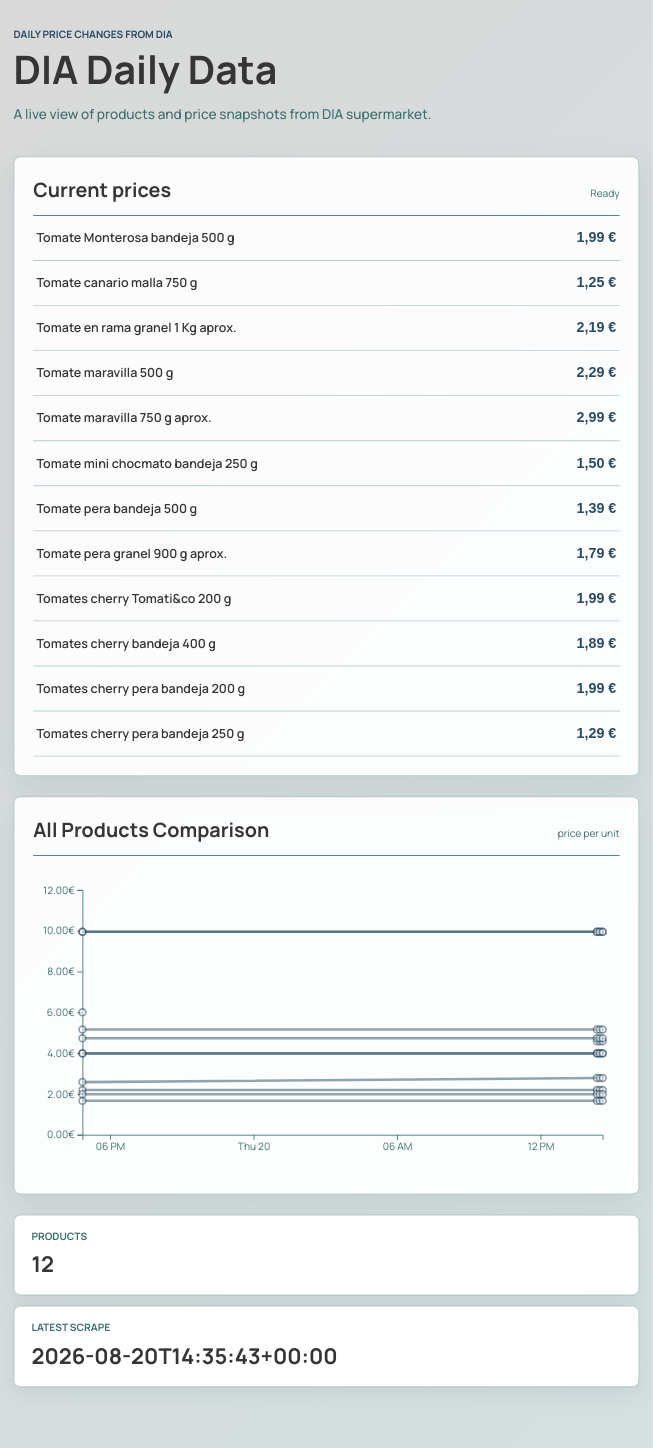
Repository: lloop/dia-daily-data
Page: http://localhost/
An editor plug-in stored every save of this project. The page is shown before and after the next save, followed by the edit.
The browser window is 768 px wide. The pictures show the whole page, at 85% of full size.
The page is served by the project's application, run on Flask 3 (app.py). Other server files are loaded and not shown. The page reads the database file committed with the project.

Above is the page before, as saved 2026-08-20 17:29:44.

### templates/index.html
<!doctype html>
<html lang="en">
<head>
  <meta charset="utf-8">
  <meta name="viewport" content="width=device-width, initial-scale=1">
  <title>Daily Price Changes From DIA</title>
  <link rel="stylesheet" href="{{ url_for('static', filename='styles.css') }}">
</head>
<body>
  <main class="dashboard">
    <header class="dashboard__header">
      <p class="eyebrow">Daily Price Changes From DIA</p>
      <h1>DIA Daily Data</h1>
      <p class="lede">A live view of products and price snapshots from DIA supermarket.</p>
    </header>

    <section class="content-grid">
      <div class="panel">
        <div class="panel__heading">
          <h2>Current prices</h2>
          <span id="status">Loading...</span>
        </div>
        <div id="product-list" class="product-list"></div>
      </div>

      <div class="panel panel--chart">
        <div class="panel__heading">
          <h2 id="chart-title">Price history</h2>
          <span id="chart-unit"></span>
        </div>
        <svg id="price-chart" role="img" aria-label="Selected product price history"></svg>
        <p id="empty-chart" class="empty-state">Select a product to inspect its price history.</p>
      </div>
    </section>

    <section class="summary" aria-label="Database summary">
      <div><span class="summary__label">Products</span><strong id="product-count">-</strong></div>
      <div><span class="summary__label">Latest scrape</span><strong id="latest-scrape">-</strong></div>
    </section>

  </main>

  <script src="https://cdn.jsdelivr.net/npm/d3@7"></script>
  <script src="{{ url_for('static', filename='app.js') }}"></script>
</body>
</html>

### app.py
"""Flask server for exploring scraped DIA product and price data."""

import json
import sqlite3
from pathlib import Path

from flask import Flask, jsonify, render_template

from config import DATABASE_FILE


def create_app(database_path=None):
    """Create the Flask application, optionally using a test database."""
    app = Flask(__name__)
    app.config['DATABASE_FILE'] = Path(database_path or DATABASE_FILE)

    def query_database(query, parameters=()):
        database_file = app.config['DATABASE_FILE']
        if not database_file.exists():
            return []

        with sqlite3.connect(database_file) as connection:
            connection.row_factory = sqlite3.Row
            return [dict(row) for row in connection.execute(query, parameters)]

    @app.get('/')
    def index():
        return render_template('index.html')

    @app.get('/api/products')
    def products():
        rows = query_database(
            """
            SELECT
                products.id,
                products.name,
                products.item_type,
                products.metadata_json,
                latest.price,
                latest.currency,
                latest.raw_price_per_unit,
                latest.unit_price_eur,
                latest.availability,
                latest.scraped_at
            FROM products
            LEFT JOIN price_logs AS latest
                ON latest.id = (
                    SELECT price_logs.id
                    FROM price_logs
                    WHERE price_logs.product_id = products.id
                    ORDER BY price_logs.scraped_at DESC, price_logs.id DESC
                    LIMIT 1
                )
            ORDER BY products.name
            """
        )

        for row in rows:
            row['metadata'] = json.loads(row.pop('metadata_json') or '{}')

        return jsonify(rows)

    @app.get('/api/products/<int:product_id>/price-history')
    def price_history(product_id):
        rows = query_database(
            """
            SELECT price, currency, raw_price_per_unit, unit_price_eur,
                   availability, scraped_at
            FROM price_logs
            WHERE product_id = ?
            ORDER BY scraped_at, id
            """,
            (product_id,),
        )
        return jsonify(rows)

    return app


app = create_app()


if __name__ == '__main__':
    app.run(debug=True)

### static/styles.css
@import url('https://fonts.googleapis.com/css2?family=Manrope:wght@400;500;600;700&display=swap');

:root {
  color-scheme: light;
  --font-sans: 'Manrope', 'Helvetica Neue', Arial, sans-serif;
  --graphite: #353535;
  --stormy-teal: #3c6e71;
  --white: #ffffff;
  --alabaster-grey: #d9d9d9;
  --yale-blue: #284b63;
  --ink: var(--graphite);
  --muted: var(--stormy-teal);
  --paper: var(--alabaster-grey);
  --panel: var(--white);
  --line: var(--stormy-teal);
  --accent: var(--yale-blue);
  --accent-soft: rgba(60, 110, 113, 0.16);
}

* { box-sizing: border-box; }
body { margin: 0; background: linear-gradient(135deg, var(--alabaster-grey), rgba(60, 110, 113, 0.22)); color: var(--ink); font-family: var(--font-sans);}
.dashboard { max-width: 1280px; margin: 0 auto; padding: 56px 28px 72px; }
.dashboard__header { max-width: 700px; margin-bottom: 36px; }
.eyebrow, .summary__label, #status, #chart-unit { font: 700 0.75rem/1.2 var(--font-sans); letter-spacing: 0; text-transform: uppercase; }
.eyebrow { color: var(--yale-blue); margin: 0 0 12px; }
h1 { font-size: clamp(2.5rem, 6vw, 5.25rem); line-height: 0.95; margin: 0 0 18px; font-weight: 700; letter-spacing: 0; }
.lede { color: var(--muted); font: 500 1rem/1.6 var(--font-sans); margin: 0; }
.summary { display: flex; gap: 12px; margin-bottom: 24px; }
.summary > div { flex: 1; background: var(--panel); border: 1px solid rgba(60, 110, 113, 0.35); border-radius: 8px; padding: 18px 20px; box-shadow: 0 8px 24px rgba(40, 75, 99, 0.08); }
.summary__label { display: block; color: var(--muted); margin-bottom: 8px; }
.summary strong { font-size: 1.6rem; font-weight: 700; }
.content-grid { display: grid; grid-template-columns: minmax(260px, 0.85fr) minmax(420px, 1.5fr); gap: 24px; margin-bottom: 24px;}
.panel { background: rgba(255, 255, 255, 0.92); border: 1px solid rgba(60, 110, 113, 0.35); border-radius: 8px; padding: 22px; min-height: 420px; box-shadow: 0 12px 32px rgba(40, 75, 99, 0.1); }
.panel__heading { display: flex; align-items: baseline; justify-content: space-between; gap: 16px; border-bottom: 1px solid var(--line); padding-bottom: 14px; }
h2 { font-size: 1.45rem; font-weight: 700; margin: 0; }
#status, #chart-unit { color: var(--muted); letter-spacing: 0; text-transform: none; font-weight: 400; }
.product-list { display: grid; }
.product-button { display: flex; justify-content: space-between; gap: 16px; width: 100%; text-align: left; border: 0; border-bottom: 1px solid rgba(60, 110, 113, 0.35); background: transparent; color: inherit; padding: 16px 4px; cursor: pointer; transition: background 160ms ease, padding 160ms ease; }
.product-button:hover, .product-button.is-selected { background: var(--accent-soft); padding-left: 10px; padding-right: 10px; }
.product-name { font: 600 0.92rem/1.35 var(--font-sans); }
.product-price { white-space: nowrap; font-size: 1.05rem; font-weight: 700; color: var(--accent); }
#price-chart { width: 100%; height: 350px; margin-top: 20px; overflow: visible; }
.axis text { fill: var(--muted); font: 12px var(--font-sans); }
.axis path, .axis line { stroke: var(--line); }
.chart-line { fill: none; stroke: var(--accent); stroke-width: 3; }
.chart-dot { fill: var(--panel); stroke: var(--accent); stroke-width: 2; }
.empty-state { color: var(--muted); font: 0.95rem/1.5 var(--font-sans); }
@media (max-width: 800px) { .dashboard { padding: 34px 16px 48px; } .content-grid { grid-template-columns: 1fr; } .summary { flex-direction: column; } .panel--chart { min-height: 360px; } }

### output/dia_products.sqlite3 (the tables this page reads, as SQL)
CREATE TABLE price_logs (
    id INTEGER PRIMARY KEY,
    product_id INTEGER NOT NULL,
    price REAL,
    currency TEXT,
    raw_price_per_unit TEXT,
    unit_price_eur REAL,
    availability TEXT,
    scraped_at DATETIME NOT NULL,
    FOREIGN KEY (product_id) REFERENCES products(id)
);
INSERT INTO "price_logs" VALUES
(1, 1, 1.29, 'EUR', '(2,58 €/KILO)', 2.58, 'https://schema.org/InStock', '2026-08-19T16:50:45+00:00'),
(2, 2, 2.19, 'EUR', '(2,19 €/KILO)', 2.19, 'https://schema.org/InStock', '2026-08-19T16:50:45+00:00'),
(3, 3, 1.99, 'EUR', '(9,95 €/KILO)', 9.95, 'https://schema.org/InStock', '2026-08-19T16:50:45+00:00'),
(4, 4, 1.29, 'EUR', '(5,16 €/KILO)', 5.16, 'https://schema.org/InStock', '2026-08-19T16:50:45+00:00'),
(5, 5, 1.79, 'EUR', '(1,99 €/KILO)', 1.99, 'https://schema.org/InStock', '2026-08-19T16:50:45+00:00'),
(6, 6, 1.89, 'EUR', '(4,73 €/KILO)', 4.73, 'https://schema.org/InStock', '2026-08-19T16:50:45+00:00'),
(7, 7, 1.99, 'EUR', '(3,98 €/KILO)', 3.98, 'https://schema.org/InStock', '2026-08-19T16:50:45+00:00'),
(8, 8, 1.25, 'EUR', '(1,67 €/KILO)', 1.67, 'https://schema.org/InStock', '2026-08-19T16:50:45+00:00'),
(9, 9, 2.99, 'EUR', '(3,99 €/KILO)', 3.99, 'https://schema.org/OutOfStock', '2026-08-19T16:50:45+00:00'),
(10, 10, 1.5, 'EUR', '(6,00 €/KILO)', 6.0, 'https://schema.org/InStock', '2026-08-19T16:50:45+00:00'),
(11, 11, 1.99, 'EUR', '(9,95 €/KILO)', 9.95, 'https://schema.org/InStock', '2026-08-19T16:50:45+00:00'),
(12, 1, 1.39, 'EUR', '(2,78 €/KILO)', 2.78, 'https://schema.org/InStock', '2026-08-20T14:21:22+00:00'),
(13, 2, 2.19, 'EUR', '(2,19 €/KILO)', 2.19, 'https://schema.org/InStock', '2026-08-20T14:21:22+00:00'),
(14, 3, 1.99, 'EUR', '(9,95 €/KILO)', 9.95, 'https://schema.org/InStock', '2026-08-20T14:21:22+00:00'),
(15, 4, 1.29, 'EUR', '(5,16 €/KILO)', 5.16, 'https://schema.org/InStock', '2026-08-20T14:21:22+00:00'),
(16, 5, 1.79, 'EUR', '(1,99 €/KILO)', 1.99, 'https://schema.org/InStock', '2026-08-20T14:21:22+00:00'),
(17, 6, 1.89, 'EUR', '(4,73 €/KILO)', 4.73, 'https://schema.org/InStock', '2026-08-20T14:21:22+00:00'),
(18, 7, 1.99, 'EUR', '(3,98 €/KILO)', 3.98, 'https://schema.org/InStock', '2026-08-20T14:21:22+00:00'),
(19, 8, 1.25, 'EUR', '(1,67 €/KILO)', 1.67, 'https://schema.org/InStock', '2026-08-20T14:21:22+00:00'),
(20, 9, 2.99, 'EUR', '(3,99 €/KILO)', 3.99, 'https://schema.org/OutOfStock', '2026-08-20T14:21:22+00:00'),
(21, 11, 1.99, 'EUR', '(9,95 €/KILO)', 9.95, 'https://schema.org/InStock', '2026-08-20T14:21:22+00:00'),
(22, 12, 2.29, 'EUR', '(4,58 €/KILO)', 4.58, 'https://schema.org/InStock', '2026-08-20T14:21:22+00:00'),
(23, 1, 1.39, 'EUR', '(2,78 €/KILO)', 2.78, 'https://schema.org/InStock', '2026-08-20T14:28:25+00:00'),
(24, 2, 2.19, 'EUR', '(2,19 €/KILO)', 2.19, 'https://schema.org/InStock', '2026-08-20T14:28:25+00:00'),
(25, 3, 1.99, 'EUR', '(9,95 €/KILO)', 9.95, 'https://schema.org/InStock', '2026-08-20T14:28:25+00:00'),
(26, 4, 1.29, 'EUR', '(5,16 €/KILO)', 5.16, 'https://schema.org/InStock', '2026-08-20T14:28:25+00:00'),
(27, 5, 1.79, 'EUR', '(1,99 €/KILO)', 1.99, 'https://schema.org/InStock', '2026-08-20T14:28:25+00:00'),
(28, 6, 1.89, 'EUR', '(4,73 €/KILO)', 4.73, 'https://schema.org/InStock', '2026-08-20T14:28:25+00:00'),
(29, 7, 1.99, 'EUR', '(3,98 €/KILO)', 3.98, 'https://schema.org/InStock', '2026-08-20T14:28:25+00:00'),
(30, 8, 1.25, 'EUR', '(1,67 €/KILO)', 1.67, 'https://schema.org/InStock', '2026-08-20T14:28:25+00:00'),
(31, 9, 2.99, 'EUR', '(3,99 €/KILO)', 3.99, 'https://schema.org/OutOfStock', '2026-08-20T14:28:25+00:00'),
(32, 11, 1.99, 'EUR', '(9,95 €/KILO)', 9.95, 'https://schema.org/InStock', '2026-08-20T14:28:25+00:00'),
(33, 12, 2.29, 'EUR', '(4,58 €/KILO)', 4.58, 'https://schema.org/InStock', '2026-08-20T14:28:25+00:00'),
(34, 1, 1.39, 'EUR', '(2,78 €/KILO)', 2.78, 'https://schema.org/InStock', '2026-08-20T14:35:43+00:00'),
(35, 2, 2.19, 'EUR', '(2,19 €/KILO)', 2.19, 'https://schema.org/InStock', '2026-08-20T14:35:43+00:00'),
(36, 3, 1.99, 'EUR', '(9,95 €/KILO)', 9.95, 'https://schema.org/InStock', '2026-08-20T14:35:43+00:00'),
(37, 4, 1.29, 'EUR', '(5,16 €/KILO)', 5.16, 'https://schema.org/InStock', '2026-08-20T14:35:43+00:00'),
(38, 5, 1.79, 'EUR', '(1,99 €/KILO)', 1.99, 'https://schema.org/InStock', '2026-08-20T14:35:43+00:00'),
(39, 6, 1.89, 'EUR', '(4,73 €/KILO)', 4.73, 'https://schema.org/InStock', '2026-08-20T14:35:43+00:00'),
(40, 7, 1.99, 'EUR', '(3,98 €/KILO)', 3.98, 'https://schema.org/InStock', '2026-08-20T14:35:43+00:00'),
(41, 8, 1.25, 'EUR', '(1,67 €/KILO)', 1.67, 'https://schema.org/InStock', '2026-08-20T14:35:43+00:00'),
(42, 9, 2.99, 'EUR', '(3,99 €/KILO)', 3.99, 'https://schema.org/OutOfStock', '2026-08-20T14:35:43+00:00'),
(43, 11, 1.99, 'EUR', '(9,95 €/KILO)', 9.95, 'https://schema.org/InStock', '2026-08-20T14:35:43+00:00'),
(44, 12, 2.29, 'EUR', '(4,58 €/KILO)', 4.58, 'https://schema.org/InStock', '2026-08-20T14:35:43+00:00');

CREATE TABLE products (
    id INTEGER PRIMARY KEY,
    name TEXT UNIQUE NOT NULL,
    item_type TEXT,
    metadata_json TEXT NOT NULL
);
INSERT INTO "products" VALUES
(1, 'Tomate pera bandeja 500 g', 'Product', '{"type": "Product", "info_labels": ["Calibre: + 57MM-75MM", "Categoria: I", "Variedad: PERA", "Origen: PORTUGAL", "Tipo de producto: Tomates"]}'),
(2, 'Tomate en rama granel 1 Kg aprox.', 'Product', '{"type": "Product", "info_labels": ["Calibre: 57 + MM", "Categoria: I", "Variedad: RAMA", "Origen: VER ENVASE", "Tipo de producto: Tomates"]}'),
(3, 'Tomates cherry Tomati&co 200 g', 'Product', '{"type": "Product", "info_labels": ["Calibre: 18-35MM", "Categoria: I", "Variedad: VITALION", "Origen: ESPAÑA", "Tipo de producto: Tomates"]}'),
(4, 'Tomates cherry pera bandeja 250 g', 'Product', '{"type": "Product", "info_labels": ["Calibre: 17-35 MM", "Categoria: I", "Variedad: CHERRY PERA, ANGELLE", "Origen: ESPAÑA", "Tipo de producto: Tomates"]}'),
(5, 'Tomate pera granel 900 g aprox.', 'Product', '{"type": "Product", "info_labels": ["Calibre: 47-66MM", "Categoria: I", "Variedad: PERA", "Origen: PORTUGAL", "Tipo de producto: Tomates"]}'),
(6, 'Tomates cherry bandeja 400 g', 'Product', '{"type": "Product", "info_labels": ["Calibre: 18 MM - 32 MM", "Categoria: I", "Variedad: CHERRY REDONDO, KARELYA", "Origen: ESPAÑA", "Tipo de producto: Tomates"]}'),
(7, 'Tomate Monterosa bandeja 500 g', 'Product', '{"type": "Product", "info_labels": ["Calibre: +67MM-", "Categoria: I", "Variedad: MONTEROSA", "Origen: VER ENVASE", "Tipo de producto: Tomates"]}'),
(8, 'Tomate canario malla 750 g', 'Product', '{"type": "Product", "info_labels": ["Calibre: 47MM-66MM", "Categoria: I", "Variedad: -", "Origen: PORTUGAL", "Tipo de producto: Tomates"]}'),
(9, 'Tomate maravilla 750 g aprox.', 'Product', '{"type": "Product", "info_labels": ["Calibre: + 67MM", "Categoria: I", "Variedad: MARAVILLA", "Origen: ESPAÑA", "Tipo de producto: Tomates"]}'),
(10, 'Tomate mini chocmato bandeja 250 g', 'Product', '{"type": "Product", "info_labels": ["Calibre: 17-35MM", "Categoria: I", "Variedad: MINI CHOCMATO", "Origen: ESPAÑA", "Tipo de producto: Tomates"]}'),
(11, 'Tomates cherry pera bandeja 200 g', 'Product', '{"type": "Product", "info_labels": ["Calibre: 20-35 MM", "Categoria: I", "Variedad: CHERRY PERA LOBELLO", "Origen: ESPAÑA", "Tipo de producto: Tomates"]}'),
(12, 'Tomate maravilla 500 g', 'Product', '{"type": "Product", "info_labels": ["Calibre: 57 MM", "Categoria: I", "Variedad: MARAVILLA", "Origen: ESPAÑA", "Tipo de producto: Tomates"]}');

Loaded but not shown: static/app.js (179 lines, source omitted)

After the next save:
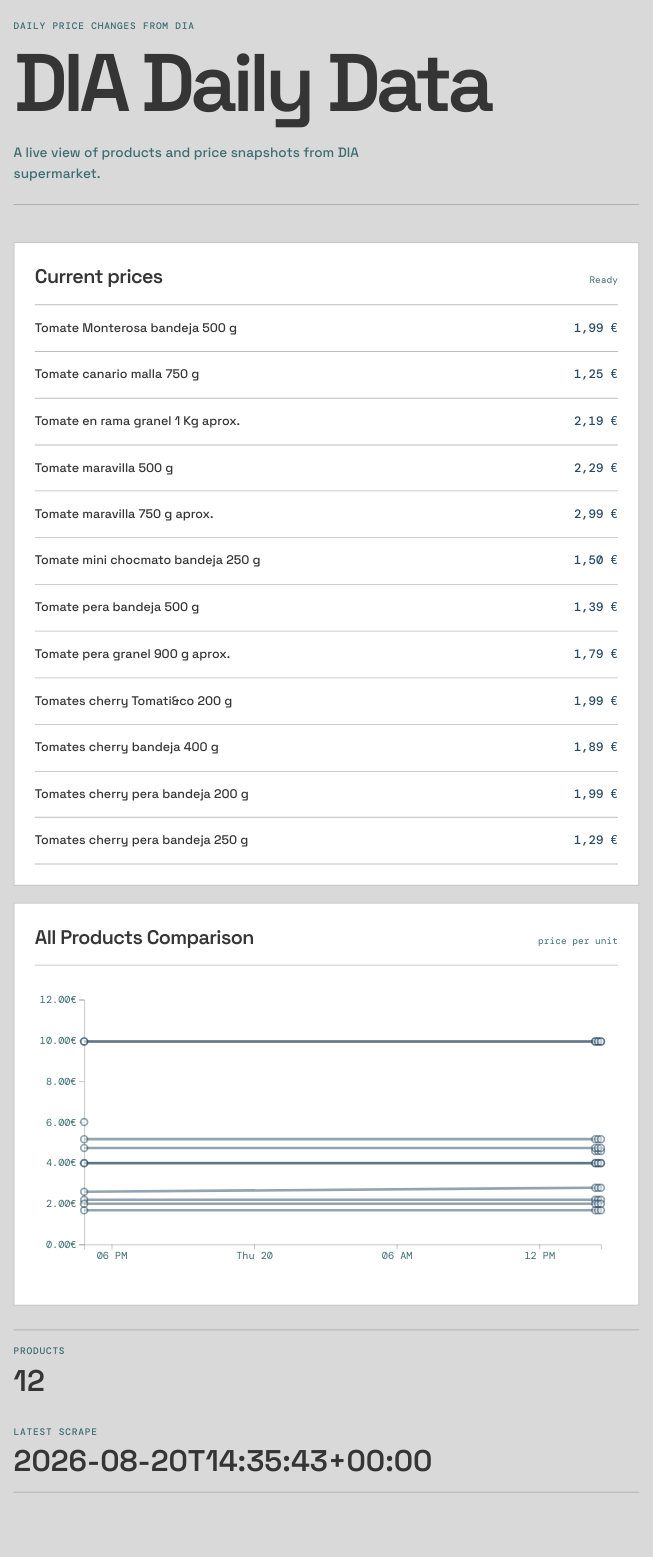
Saved 6 min 17 s later.
--- a/static/styles.css
+++ b/static/styles.css
@@ -1,8 +1,9 @@
-@import url('https://fonts.googleapis.com/css2?family=Manrope:wght@400;500;600;700&display=swap');
+@import url('https://fonts.googleapis.com/css2?family=DM+Mono:wght@400;500&family=Space+Grotesk:wght@400;500;600;700&display=swap');
 
 :root {
   color-scheme: light;
-  --font-sans: 'Manrope', 'Helvetica Neue', Arial, sans-serif;
+  --font-display: 'Space Grotesk', 'Helvetica Neue', Arial, sans-serif;
+  --font-mono: 'DM Mono', 'Courier New', monospace;
   --graphite: #353535;
   --stormy-teal: #3c6e71;
   --white: #ffffff;
@@ -12,37 +13,37 @@
   --muted: var(--stormy-teal);
   --paper: var(--alabaster-grey);
   --panel: var(--white);
-  --line: var(--stormy-teal);
+  --line: rgba(53, 53, 53, 0.32);
   --accent: var(--yale-blue);
-  --accent-soft: rgba(60, 110, 113, 0.16);
+  --accent-soft: rgba(60, 110, 113, 0.12);
 }
 
 * { box-sizing: border-box; }
-body { margin: 0; background: linear-gradient(135deg, var(--alabaster-grey), rgba(60, 110, 113, 0.22)); color: var(--ink); font-family: var(--font-sans);}
-.dashboard { max-width: 1280px; margin: 0 auto; padding: 56px 28px 72px; }
-.dashboard__header { max-width: 700px; margin-bottom: 36px; }
-.eyebrow, .summary__label, #status, #chart-unit { font: 700 0.75rem/1.2 var(--font-sans); letter-spacing: 0; text-transform: uppercase; }
-.eyebrow { color: var(--yale-blue); margin: 0 0 12px; }
-h1 { font-size: clamp(2.5rem, 6vw, 5.25rem); line-height: 0.95; margin: 0 0 18px; font-weight: 700; letter-spacing: 0; }
-.lede { color: var(--muted); font: 500 1rem/1.6 var(--font-sans); margin: 0; }
-.summary { display: flex; gap: 12px; margin-bottom: 24px; }
-.summary > div { flex: 1; background: var(--panel); border: 1px solid rgba(60, 110, 113, 0.35); border-radius: 8px; padding: 18px 20px; box-shadow: 0 8px 24px rgba(40, 75, 99, 0.08); }
-.summary__label { display: block; color: var(--muted); margin-bottom: 8px; }
-.summary strong { font-size: 1.6rem; font-weight: 700; }
-.content-grid { display: grid; grid-template-columns: minmax(260px, 0.85fr) minmax(420px, 1.5fr); gap: 24px; margin-bottom: 24px;}
-.panel { background: rgba(255, 255, 255, 0.92); border: 1px solid rgba(60, 110, 113, 0.35); border-radius: 8px; padding: 22px; min-height: 420px; box-shadow: 0 12px 32px rgba(40, 75, 99, 0.1); }
-.panel__heading { display: flex; align-items: baseline; justify-content: space-between; gap: 16px; border-bottom: 1px solid var(--line); padding-bottom: 14px; }
-h2 { font-size: 1.45rem; font-weight: 700; margin: 0; }
+body { margin: 0; background: var(--paper); color: var(--ink); font-family: var(--font-display); }
+.dashboard { max-width: 1440px; margin: 0 auto; padding: 32px 36px 64px; }
+.dashboard__header { max-width: none; margin-bottom: 72px; padding-bottom: 24px; border-bottom: 1px solid var(--line); }
+.eyebrow, .summary__label, #status, #chart-unit { font: 500 0.7rem/1.2 var(--font-mono); letter-spacing: 0.08em; text-transform: uppercase; }
+.eyebrow { color: var(--stormy-teal); margin: 0 0 20px; }
+h1 { max-width: 900px; font-size: clamp(3.4rem, 10vw, 9rem); line-height: 0.86; margin: 0 0 28px; font-weight: 600; letter-spacing: -0.06em; }
+.lede { max-width: 410px; color: var(--muted); font: 500 1rem/1.5 var(--font-display); margin: 0 0 0 auto; }
+.summary { display: flex; gap: 0; margin-bottom: 28px; border-top: 1px solid var(--line); border-bottom: 1px solid var(--line); }
+.summary > div { flex: 1; background: transparent; border: 0; border-radius: 0; padding: 18px 20px 18px 0; box-shadow: none; }
+.summary__label { display: block; color: var(--muted); margin-bottom: 10px; }
+.summary strong { font-size: 2.2rem; line-height: 1; font-weight: 600; }
+.content-grid { display: grid; grid-template-columns: minmax(280px, 0.75fr) minmax(420px, 1.6fr); gap: 48px; margin-bottom: 28px; }
+.panel { background: var(--panel); border: 1px solid var(--line); border-radius: 0; padding: 24px; min-height: 420px; box-shadow: none; }
+.panel__heading { display: flex; align-items: baseline; justify-content: space-between; gap: 16px; border-bottom: 1px solid var(--line); padding-bottom: 18px; }
+h2 { font-size: 1.45rem; font-weight: 600; letter-spacing: -0.03em; margin: 0; }
 #status, #chart-unit { color: var(--muted); letter-spacing: 0; text-transform: none; font-weight: 400; }
 .product-list { display: grid; }
-.product-button { display: flex; justify-content: space-between; gap: 16px; width: 100%; text-align: left; border: 0; border-bottom: 1px solid rgba(60, 110, 113, 0.35); background: transparent; color: inherit; padding: 16px 4px; cursor: pointer; transition: background 160ms ease, padding 160ms ease; }
-.product-button:hover, .product-button.is-selected { background: var(--accent-soft); padding-left: 10px; padding-right: 10px; }
-.product-name { font: 600 0.92rem/1.35 var(--font-sans); }
-.product-price { white-space: nowrap; font-size: 1.05rem; font-weight: 700; color: var(--accent); }
+.product-button { display: flex; justify-content: space-between; gap: 16px; width: 100%; text-align: left; border: 0; border-bottom: 1px solid var(--line); background: transparent; color: inherit; padding: 17px 0; cursor: pointer; transition: background 160ms ease, padding 160ms ease; }
+.product-button:hover, .product-button.is-selected { background: var(--accent-soft); padding-left: 12px; padding-right: 12px; }
+.product-name { font: 500 0.92rem/1.35 var(--font-display); }
+.product-price { white-space: nowrap; font: 500 0.9rem/1.35 var(--font-mono); color: var(--accent); }
 #price-chart { width: 100%; height: 350px; margin-top: 20px; overflow: visible; }
-.axis text { fill: var(--muted); font: 12px var(--font-sans); }
+.axis text { fill: var(--muted); font: 12px var(--font-mono); }
 .axis path, .axis line { stroke: var(--line); }
 .chart-line { fill: none; stroke: var(--accent); stroke-width: 3; }
 .chart-dot { fill: var(--panel); stroke: var(--accent); stroke-width: 2; }
-.empty-state { color: var(--muted); font: 0.95rem/1.5 var(--font-sans); }
-@media (max-width: 800px) { .dashboard { padding: 34px 16px 48px; } .content-grid { grid-template-columns: 1fr; } .summary { flex-direction: column; } .panel--chart { min-height: 360px; } }
+.empty-state { color: var(--muted); font: 400 0.95rem/1.5 var(--font-display); }
+@media (max-width: 800px) { .dashboard { padding: 24px 16px 48px; } .dashboard__header { margin-bottom: 44px; } h1 { font-size: clamp(3.2rem, 17vw, 6rem); } .lede { margin-left: 0; } .content-grid { grid-template-columns: 1fr; gap: 20px; } .summary { flex-direction: column; } .summary > div { padding-right: 0; } .panel--chart { min-height: 360px; } }
